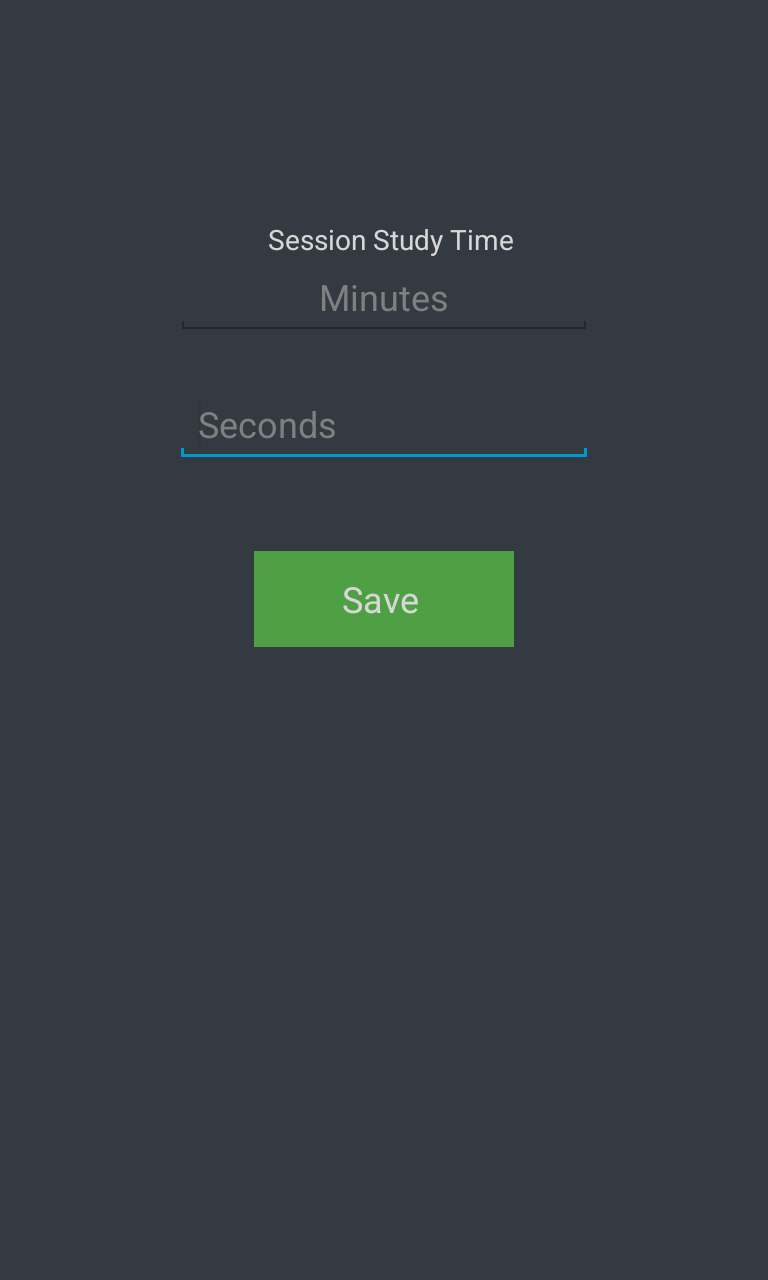
Repository: kishukismat/flashbuddy
Layout: FlashBuddy/res/layout/session_timer.xml
An editor plug-in stored every save of this project. The layout is shown before and after the next save, followed by the edit.
It is drawn on a 768 x 1280 px phone screen (xhdpi) without system bars, with theme AppTheme; the app's code is not run.

Above is the layout before, as saved 2014-05-10 16:55:46.

### FlashBuddy/res/layout/session_timer.xml
<RelativeLayout xmlns:android="http://schemas.android.com/apk/res/android"
    xmlns:tools="http://schemas.android.com/tools"
    android:layout_width="match_parent"
    android:layout_height="match_parent"
    android:background="@color/darkblue"
    android:paddingBottom="@dimen/activity_vertical_margin"
    android:paddingLeft="@dimen/activity_horizontal_margin"
    android:paddingRight="@dimen/activity_horizontal_margin"
    android:paddingTop="@dimen/activity_vertical_margin"
    tools:context=".FlashBuddyEditDeckActivity" >

    <EditText
        android:id="@+id/timerEntry"
        android:layout_width="wrap_content"
        android:layout_height="wrap_content"
        android:layout_below="@+id/timerView"
        android:layout_centerHorizontal="true"
        android:ems="10"
        android:gravity="center"
        android:hint="@string/minTimer"
        android:inputType="textMultiLine"
        android:textColor="@color/gray" />

    <TextView
        android:id="@+id/timerView"
        android:layout_width="wrap_content"
        android:layout_height="wrap_content"
        android:layout_alignParentTop="true"
        android:layout_alignRight="@+id/doneButton"
        android:layout_marginTop="94dp"
        android:gravity="center"
        android:text="@string/timerPrompt"
        android:textColor="@color/gray" />

    <Button
        android:id="@+id/doneButton"
        android:layout_width="130dp"
        android:layout_height="wrap_content"
        android:layout_below="@+id/timerEntry"
        android:layout_centerHorizontal="true"
        android:layout_marginTop="107dp"
        android:background="@color/green"
        android:onClick="onClickWriteCard"
        android:text="Save "
        android:textColor="@color/gray" />

    <EditText
        android:id="@+id/timerEntry2"
        android:layout_width="wrap_content"
        android:layout_height="wrap_content"
        android:layout_alignLeft="@+id/timerEntry"
        android:layout_below="@+id/timerEntry"
        android:layout_marginTop="24dp"
        android:ems="10"
        android:hint="@string/secTimer"
        android:inputType="textMultiLine"
        android:textColor="@color/gray" >

        <requestFocus />
    </EditText>

</RelativeLayout>

### FlashBuddy/res/values/strings.xml
<?xml version="1.0" encoding="utf-8"?>
<resources>

    <string name="app_name">FlashBuddy</string>
    <string name="next_button_text">Next</string>
    <string name="done_button_text">Done</string>
    <string name="question_title_text">Question</string>
    <string name="answer_title_text">Answer</string>
    <string name="show_answer_text">Show Answer</string>
    <string name="action_settings">Settings</string>
    <string name="log_in_banner">FlashBuddy</string>
    <string name="username">username</string>
    <string name="newusername">Enter a user name</string>
    <string name="password">password</string>
    <string name="createuser_text">Create an Account!</string>
    <string name="createdeck_text">Create A FlashBuddy Deck</string>
    <string name="deckname">Insert Deck Name</string>
    <string name="decksubject">Insert Deck Subject</string>
    <string name="create_deck">Create Deck</string>
    <string name="share_deck">Share Deck</string>
    <string name="numcards">Number of Cards</string>
    <string name="create_password_1">Enter a password</string>
    <string name="create_password_2">Enter it again</string>
    <string name="log_in">Log In</string>
    <string name="create_new_account">Create New Account</string>
    <string name="view_flash_decks">View Flash Decks</string>
    <string name="create_flash_decks">Create Flash Decks</string>
    <string name="share_flash_decks">Share Flash Decks</string>
    <string name="help_login">Login Help</string>
    <string name="title_activity_flash_buddy_displayed_message">FlashBuddy Message</string>
    <string name="hello_world">Hello world!</string>
    <string name="title_activity_flash_buddy_user">FlashBuddy</string>
    <string name="title_activity_flash_buddy_create_user">FlashBuddyCreateUserActivity</string>
    <string name="title_activity_flash_buddy_study_decks">FlashBuddy Study Decks</string>
    <string name="main_start_studying">Start Studying!</string>
    <string name="main_view_decks">Decks</string>
    <string name="main_help">Help</string>
    <string name="main_logout">Logout</string>
    <string name="main_currentusername">"Currently logged in as: "</string>
    <string name="main_trueUsername"></string>
    <string name="edit_deck_button">Edit Deck</string>
    <string name="create_deck_button">Create Deck</string>
    <string name="delete_deck_button">Delete Deck</string>
    <string name="title_activity_flash_buddy_modify_decks">FlashBuddyModifyDecksActivity</string>
    <string name="loginscreenhelp">Swipe up to see help!</string>
    <string name="loginhelp">To Login\n\n\t1) Enter your username\n\t2) Enter your password\n\nNo Account?\n\n\t1) Select Create New Account\n\nNavigation\n\n\t Swipe up to see help information.\n\t Swipe down to go back.\n</string>
 	<string name="whiteboard">Whiteboard Drawable</string>

    <color name="lightblue">#55606e</color>
    <color name="red">#dd514c</color>
    <color name="darkblue">#343a41</color>
    <color name="green">#4FA044</color>
    <color name="gray">#D7D7D7</color>
    <color name="bluebutton">#7b93af</color>
    <color name="flashbuddymain">#2EC178</color>
    <color name="buttoncolor">#259A60</color>
    <color name="buttongradient">#479C71</color>
    <color name="hint">#C2C2A3</color>
    <color name="Black">#000000</color>
    <color name="white">#FFFFFF</color>
    <color name="ExpandChildBackground">#FFAFABAB</color>
    <color name="ExpandGroupBackground">#FF7C7C7C</color>
    <color name="highlighted_entry">#7A1839</color>
    <color name="transparent">#80000000</color>

    <string name="title_activity_xmlparse">XMLParseActivity</string>
    <string name="title_activity_flash_buddy_create_deck">FlashBuddyCreateDeckActivity</string>
    <string name="study_deck_button">Study Deck</string>
    <string name="title_activity_flash_buddy_exec_study_deck">FlashBuddyExecStudyDeck</string>
    <string name="title_activity_flash_buddy_card_input">FlashBuddyCardInputActivity</string>
    <string name="title_activity_flash_buddy_edit_deck">FlashBuddyEditDeckActivity</string>
    <string name="timer">Timer</string>
    <color name="timerColor">#9D4384</color>
    <string name="timerPrompt">Session Study Time</string>
    <string name="minTimer">Minutes</string>
    <string name="secTimer">Seconds</string>

</resources>

Loaded but not shown: FlashBuddy/res/values/styles.xml (common file); FlashBuddy/res/values-v11/styles.xml (common file); FlashBuddy/res/values-v14/styles.xml (common file); FlashBuddy/res/values/dimens.xml (common file)

After the next save:
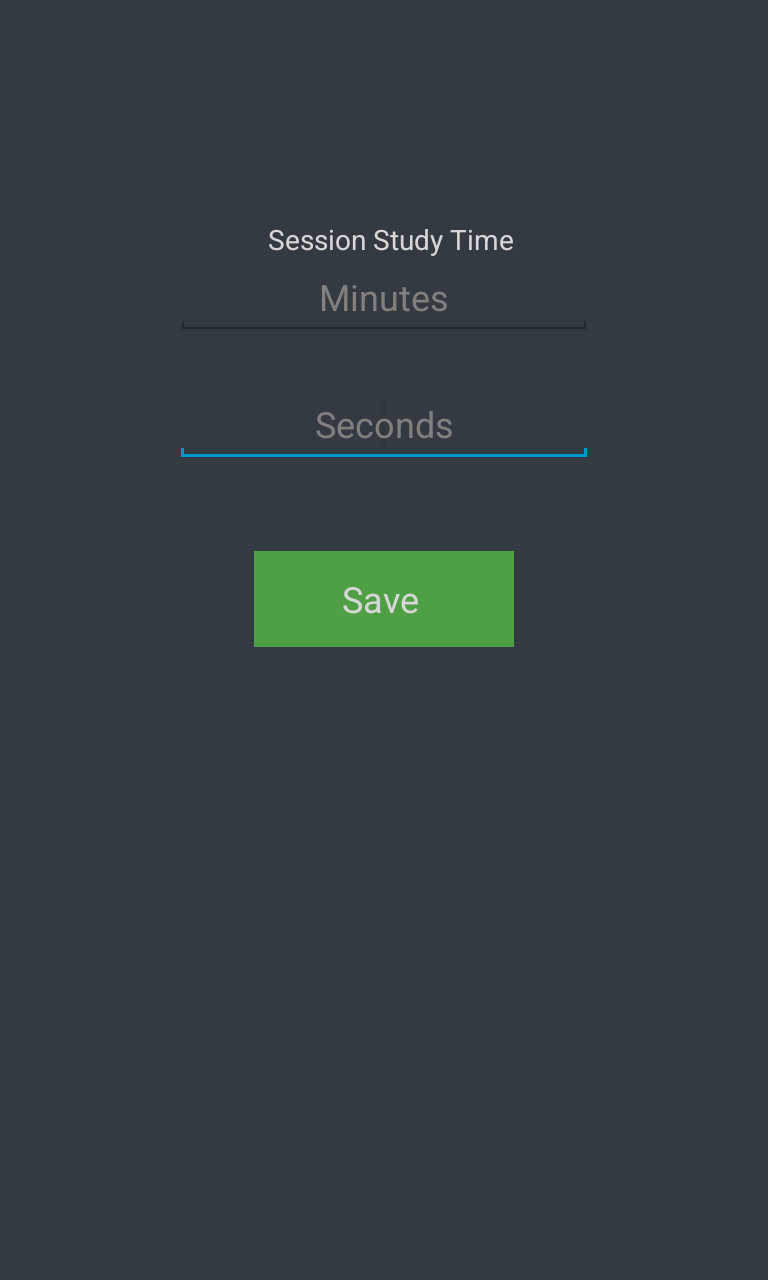
Saved 24 s later.
--- a/FlashBuddy/res/layout/session_timer.xml
+++ b/FlashBuddy/res/layout/session_timer.xml
@@ -28,7 +28,6 @@
         android:layout_alignParentTop="true"
         android:layout_alignRight="@+id/doneButton"
         android:layout_marginTop="94dp"
-        android:gravity="center"
         android:text="@string/timerPrompt"
         android:textColor="@color/gray" />
 
@@ -51,6 +50,7 @@
         android:layout_alignLeft="@+id/timerEntry"
         android:layout_below="@+id/timerEntry"
         android:layout_marginTop="24dp"
+        android:gravity="center"
         android:ems="10"
         android:hint="@string/secTimer"
         android:inputType="textMultiLine"
